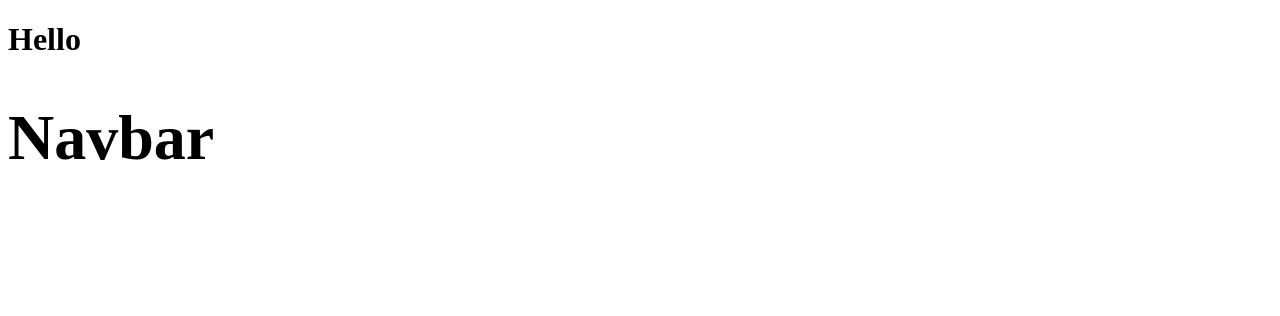
Repository: supakorn5039-boon/React-s
Page: /
An editor plug-in stored every save of this project. The page is shown before and after a run of saves, followed by the edit.
The browser window is 1280 px wide. The pictures show the whole page.
The project was rebuilt for these pictures with package versions that can differ from the ones it lists, and the page was loaded fresh each time. Also part of the build but not shown: vite.config.js.

Above is the page before, as saved 2024-01-08 23:35:48.

### src/App.jsx
export default function App() {
  function Navbar() {
    return (
      <>
        <h1>Navbar</h1>
      </>
    );
  }

  const Story = () => {
    return (
      <>
        <h1>Hello Footer</h1>
      </>
    );
  };

  return (
    <h1>
      Hello
      <Navbar />
    </h1>
  );
}

Loaded but not shown: index.html (common file); src/main.jsx (common file)

After the next 2 saves:
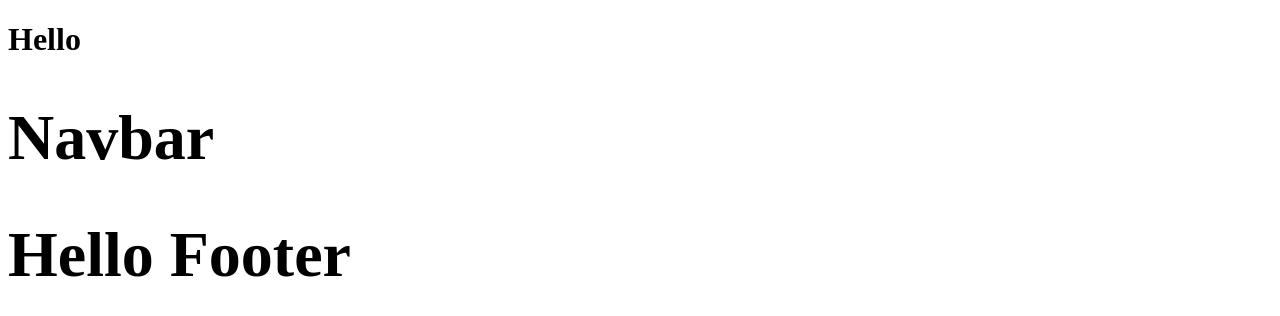
The 2 saves are shown as one change because they came seconds apart.
The last was saved 7 s later.
--- a/src/App.jsx
+++ b/src/App.jsx
@@ -19,6 +19,7 @@ export default function App() {
     <h1>
       Hello
       <Navbar />
+      <Story />
     </h1>
   );
 }
